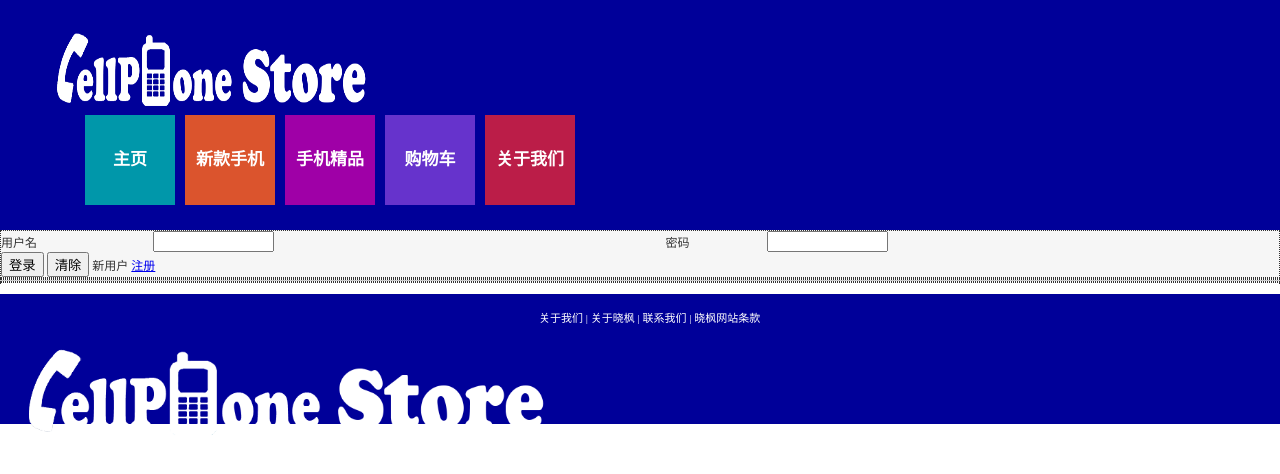
Repository: Jefsky/phonemarket
Page: http://localhost/phonemarket/user/index.jsp
An editor plug-in stored every save of this project. The page is shown before and after the next save, followed by the edit.
The browser window is 1280 px wide. The pictures show the whole page.
The page is served by Tomcat 9. Other server files are loaded and not shown. Queries for data that is not in the repository find no rows.

Above is the page before, as saved 2014-06-26 01:56:12.

### phonemarket/phonemarket/WebContent/user/index.jsp
<%@ page language="java" contentType="text/html; charset=UTF-8"
    pageEncoding="UTF-8"%>
    <%@ page import="cn.huateng.dao.impl.PhoneInfoDAOImpl,cn.huateng.bean.Phone,java.util.ArrayList,cn.huateng.bean.Company,cn.huateng.dao.impl.CompanyDAOImpl" %>
<!DOCTYPE html PUBLIC "-//W3C//DTD HTML 4.01 Transitional//EN" "http://www.w3.org/TR/html4/loose.dtd">
<html>
<head>
<meta http-equiv="Content-Type" content="text/html; charset=UTF-8">
<link rel="stylesheet" type="text/css" href="../css/main.css">
<title>化腾晓枫手机商城官网</title>
</head>
<body>
<%
	String op = request.getParameter("op");
	if("exit".equals(op)){
		session.removeAttribute("userid");
	}
	String error = request.getParameter("error");
	if(error!=null&&"queryUP_er".equals(error)){
%>
	<script type="text/javascript">
		alert("用户名或者密码错误");
	</script>
<%
	}
	if(error!=null&&"pwedit_error".equals(error)){
%>
	<script type="text/javascript">
		alert("用户密码修改失败");
	</script>
<%
	}
	if(error!=null&&"userInfoEdit_error".equals(error)){
%>
	<script type="text/javascript">
		alert("用户个人信息修改失败");
	</script>
<%
	}
%>

<div >
					<jsp:include page="top.jsp" />
					<jsp:include page="login.jsp"/>

</div>

		<table width="100%" border="0" cellpadding="0" cellspacing="0"
										class="td">
	<%
		PhoneInfoDAOImpl phoneInfoDAOImpl = new PhoneInfoDAOImpl();
		ArrayList<Phone> ls_ephone = phoneInfoDAOImpl.queryPhoneByType(1);
		if(ls_ephone!=null){
			for(int i=0; i<(ls_ephone.size()>4?4:ls_ephone.size()); ){
	%>
								<tr>
	<%
		int count = 2;
		while(count>0){
			if(i<ls_ephone.size()){
				Phone phone = ls_ephone.get(i);
				i++;
	%>
	<td width="50%">
	<table width="100%" border="0" cellpadding="0" cellspacing="0"
										class="td">
											<tr>
												<td  width="30%" rowspan="5">
													<a href="phonedetail.jsp?phoneid=<%=phone.getPhoneid()%>">
													<img src="../image/<%=phone.getPicture() %>" width="230"
													height="323" border="0"></a>
												</td>

												<td width="80"><div align="left">型号</div></td>
												<td ><%=phone.getPhonename() %></td>
											</tr>
											<tr>
												<td width="80"><div align="left">平台</div></td>
												<td ><%=phone.getPlatform() %></td>
											</tr>
											<tr>
												<td><div align="left">公司</div></td>
<%
	CompanyDAOImpl companyDAOImpl =new CompanyDAOImpl();
	Company company = companyDAOImpl.cQueryById(phone.getCompanyid());
	if(company!=null){
%>
												<td width="80"><%=company.getName() %></td>
<%
	}
%>
											</tr>
											<tr>
												<td width="80"><div align="left">屏幕</div></td>
												<td ><%=phone.getDisplay() %>英寸</td>
											</tr>
											<tr>
												<td width="80"><div align="left">定价</div></td>
												<td><%=phone.getPrice() %>元</td>
											</tr>
											<tr>
												<td colspan="2"><div align="center" float="right">
													<a href="/phonemarket/AddtoCartServlet?phoneid=<%=phone.getPhoneid()%>">放入购物车</a>&nbsp;&nbsp;
													<a href="phonedetail.jsp?phoneid=<%=phone.getPhoneid() %>">查看详情</a>
												</div></td>
											</tr>
										</table>
									</td>

<%
			}else{
%>
						<td width="50%"></td>
<%
			}
		count--;
		}
%>
				</tr>
<%
			}
		}
%>

		    				</table>
		    			</td>
		    			<td width="1" bgcolor="#999999"></td>
		    		</tr>
		    		<tr bgcolor="#999999"><td height="1" colspan="3" nowrap></td>
		    		</tr>
		    	</table>
		    	<table width="100%" border="0" cellspacing="0" cellpadding="0">
			    		<tr>
		    			<td height="1" nowrap bgcolor="#CCCCCC"></td>
		    		</tr>
		    	</table>
		    	<table width="100%" border="0" cellspacing="0" cellpadding="0">
		    		<tr bgcolor="#999999"></tr>
		    		<tr>
		    			<td width="0" nowrap bgcolor="#999999"></td>
		    			<td>
		    				<table width="100%" border="0" cellspacing="0" cellpadding="0" class="td">

	<%
		PhoneInfoDAOImpl phoneInfoDAOImpl2 = new PhoneInfoDAOImpl();
		ArrayList<Phone> ls_ephone2 = phoneInfoDAOImpl2.queryPhoneByType(2);
		if(ls_ephone!=null){
			for(int i=0; i<(ls_ephone2.size()>4?4:ls_ephone2.size()); ){
	%>
								<tr>
	<%
		int count = 2;
		while(count>0){
			if(i<ls_ephone2.size()){
				Phone phone2 = ls_ephone2.get(i);
				i++;
	%>

									<td width="50%">
										<table width="100%" border="0" cellpadding="0" cellspacing="0"
										class="td">
											<tr>
												<td width="30%" rowspan="5">
													<a href="phonedetail.jsp?phoneid=<%=phone2.getPhoneid()%>">
													<img src="../image/<%=phone2.getPicture() %>" width="230"
													height="323" border="0"></a>
												</td>
												<td width="25%"><div align="left">型号</div></td>
												<td><%=phone2.getPhonename() %></td>
											</tr>
											<tr>
												<td width="25%"><div align="left">平台</div></td>
												<td><%=phone2.getPlatform() %></td>
											</tr>
											<tr>
												<td width="25%"><div align="left">公司</div></td>
<%
	CompanyDAOImpl companyDAOImpl2 =new CompanyDAOImpl();
	Company company2 = companyDAOImpl2.cQueryById(phone2.getCompanyid());
	if(company2!=null){
%>
												<td><%=company2.getName() %></td>
<%
	}
%>
											</tr>
											<tr>
												<td width="25%"><div align="left">屏幕</div></td>
												<td><%=phone2.getDisplay() %>英寸</td>
											</tr>
											<tr>
												<td width="25%"><div align="left">定价</div></td>
												<td><%=phone2.getPrice() %>元</td>
											</tr>
											<tr>
												<td colspan="2"><div align="center">
													<a href="/phonemarket/AddtoCartServlet?phoneid=<%=phone2.getPhoneid()%>">放入购物车</a>&nbsp;&nbsp;
													<a href="phonedetail.jsp?phoneid=<%=phone2.getPhoneid() %>">查看详情</a>
												</div></td>
											</tr>
										</table>
									</td>

<%
			}else{
%>
						<td width="50%"></td>
<%
			}
		count--;
		}
%>
				</tr>
<%
			}
		}
%>

		    				</table>





<div>
					<jsp:include page="bottom.jsp" />
</div>
</body>
</html>

### phonemarket/phonemarket/WebContent/user/top.jsp
<%@ page language="java" contentType="text/html; charset=UTF-8"
    pageEncoding="UTF-8"%>
<!DOCTYPE html PUBLIC "-//W3C//DTD HTML 4.01 Transitional//EN" "http://www.w3.org/TR/html4/loose.dtd">
<html>
<head>
<meta http-equiv="Content-Type" content="text/html; charset=UTF-8">
<title>Cellphone Store</title>
<link rel="stylesheet" type="text/css" href="../css/top.css"/>
</head>
<body>
<div class = "navigation">
	<div id="logo">
		<span><img src="../image/logo.png" width="350" height="85"></span>
	</div>
	<ul id="color">
		<li class = "color1"><a href = "index.jsp">主页</a></li>
		<li><a>新款手机</a></li>
		<li class = "color2"><a href = "../admin/index.jsp">手机精品</a></li>
		<li class = "color3"><a href = "shoppingcart.jsp">购物车</a></li>
		<li class = "color4"><a href = "#">关于我们</a></li>
	</ul>


</div>

</body>
</html>

### phonemarket/phonemarket/WebContent/user/login.jsp
<%@ page contentType="text/html; charset=utf-8" language="java" import="java.sql.*" errorPage="" %>
<!DOCTYPE html PUBLIC "-//W3C//DTD XHTML 1.0 Transitional//EN" "http://www.w3.org/TR/xhtml1/DTD/xhtml1-transitional.dtd">
<html xmlns="http://www.w3.org/1999/xhtml">
<head>
<meta http-equiv="Content-Type" content="text/html; charset=utf-8" />
<title>login</title>
<SCRIPT LANGUAGE="javascript">
<!--
	function CheckSubmit(thisform){ //focus()方法，将光标定位于输出栏目
		with(thisform){
			if(userid.value==null || userid.value=="" ){
				alert("请输入用户名!");
				userid.focus();
				return false;
			}else if(userid.value.indexOf("'")!=-1){
				alert("用户名不能包含单引号,空格等字符!");
				userid.focus();
				return false;
			}
			if(password.value==null || password.value=="" ){
				alert("请输入密码!");
				password.focus();
				return false;
			}
		}
		return true;
	}
//-->
</SCRIPT>
</head>

<body>
<%
	String s_userid=(String)session.getAttribute("userid");
	if(s_userid==null){
%>
<form name="loginform" action="/phonemarket/QueryByIdPwServlet" method="post" onsubmit="return CheckSubmit(this)">
	<table width="100%" border="0" cellpadding="0" cellspacing="0" bgcolor="#f6f6f6" class="td">
		<tr>
			<td>用户名</td>
			<td><input name="userid" type="text" class="formtext" size="12"></td>
			<td >密码</td>
			<td ><input name="password" type="password" class="formtext" size="12"></td>
		</tr>
		<tr>
			<td colspan="4">
			 <input name="loginbutton" type="submit" value="登录">
			 <input type="reset" value="清除">
			 	新用户&nbsp;<a href="register.jsp">注册</a>
			</td>
		</tr>
	</table>
</form>
<%
	}else{
%>
	<table width="100%" border="0" cellpadding="0" bgcolor="#f6f6f6" class="td">
		<tr>
			<td width="30" colspan="4">&nbsp&nbsp&nbsp您好！<%=s_userid %>
			欢迎来到化腾晓枫手机商城</td>
		</tr>
		<tr>
			<td><a href="passwordedit.jsp">&nbsp&nbsp&nbsp修改登陆密码</a></td>
			<td><a href="userinfoedit.jsp">维护个人信息</a></td>
			<td><a href="myorder.jsp">查看历史订单</a></td>
			<td><a href="shoppingcart.jsp">查看购书车</a></td>
			<td><a href="index.jsp?op=exit">注销退出</a></td>
	</table>
<%
	}
%>
</body>
</html>

### phonemarket/phonemarket/WebContent/user/bottom.jsp
<%@ page language="java" contentType="text/html; charset=GB18030"
    pageEncoding="GB18030"%>
<!DOCTYPE html PUBLIC "-//W3C//DTD HTML 4.01 Transitional//EN" "http://www.w3.org/TR/html4/loose.dtd">
<html>
<head>
<link rel="stylesheet" type="text/css" href="../css/bottom.css">
<meta http-equiv="Content-Type" content="text/html; charset=ISO-8859-1">
<title>bottom</title>
</head>
<body>
<div class="foot">

 <p>&nbsp&nbsp&nbsp&nbsp&nbsp&nbsp 关于我们 | 关于晓枫 | 联系我们 | 晓枫网站条款</p>
<div id="logo">
		<span><img src="../image/logo.png" width="584" height="100px"></span>
	</div>
</div>
</body>
</html>

### phonemarket/phonemarket/src/cn/huateng/dao/impl/PhoneInfoDAOImpl.java
package cn.huateng.dao.impl;

	import java.sql.Connection;
import java.sql.PreparedStatement;
import java.sql.ResultSet;
import java.sql.SQLException;
import java.util.ArrayList;



import cn.huateng.bean.Phone;
import cn.huateng.dbc.DBConnection;

	public class PhoneInfoDAOImpl {
		public int insertPhone(Phone phone){
			int line=0;
			Connection conn=null;
			PreparedStatement ppsm=null;
			DBConnection dbconn=new DBConnection();
			if(dbconn!=null){
				conn=dbconn.getConn();
				if(conn!=null){
					String sql="insert into phone(phoneid,phonename,platform,weight,display,camera,ram,massmenory,companyid,price,quantity,picture,type) values(?,?,?,?,?,?,?,?,?,?,?,?,?)";
					try{
						ppsm =conn.prepareStatement(sql);
						ppsm.setString(1,phone.getPhoneid());
						ppsm.setString(2,phone.getPhonename());
						ppsm.setString(3,phone.getPlatform());
						ppsm.setString(4,phone.getWeight());
						ppsm.setString(5,phone.getDisplay());
						ppsm.setString(6,phone.getCamera());
						ppsm.setString(7,phone.getRam());
						ppsm.setString(8,phone.getMassmenory());
						ppsm.setInt(9,phone.getCompanyid());
						ppsm.setFloat(10,phone.getPrice());
						ppsm.setInt(11,phone.getQuantity());
						ppsm.setString(12,phone.getPicture());
						ppsm.setInt(13,phone.getType());
						line= ppsm.executeUpdate();
						}catch(SQLException e){
						e.printStackTrace();
						}finally{
							try {
								if(ppsm!=null){
										ppsm.close();
									}
								conn.close();}
							catch (SQLException e) {
								// TODO Auto-generated catch block
								e.printStackTrace();
							}
						}

				}
			}
			return line;
		}
		public ArrayList<Phone> queryPhone(){
			ArrayList<Phone> phoneList=new ArrayList<Phone>();
			Connection conn=null;
			Phone phone;
			PreparedStatement ppsm=null;
			ResultSet rs = null;
			DBConnection dbconn=new DBConnection();
				if(dbconn!=null){
					conn=dbconn.getConn();
				//쌈淪쏵契꿴璂꾸鱗ResultSet
					if(conn!=null){
						String sql="select * from phone";
						try {
							ppsm=conn.prepareStatement(sql);
							rs=ppsm.executeQuery();
							//離빈겉꿴璂써벎섞瘻뻣槨ArrayList<UserInfo>잚謹럿쀼.
							while (rs.next()){
								phone =new Phone();
								phone.setPhoneid(rs.getString(1));
								phone.setPhonename(rs.getString(2));
								phone.setPlatform(rs.getString(3));
								phone.setWeight(rs.getString(4));
								phone.setDisplay(rs.getString(5));
								phone.setCamera(rs.getString(6));
								phone.setRam(rs.getString(7));
								phone.setMassmenory(rs.getString(8));
								phone.setCompanyid(rs.getInt(9));
								phone.setPrice(rs.getFloat(10));
								phone.setQuantity(rs.getInt(11));
								phone.setPicture(rs.getString(12));
								phone.setType(rs.getInt(13));
								phoneList.add(phone);
							}

						}catch (SQLException e) {
							// TODO Auto-generated catch block
							e.printStackTrace();
						}finally{
							if(rs!=null){
								try {
									rs.close();
									if(ppsm!=null){
									ppsm.close();
									}
									if(conn!=null){
										conn.close();
									}
								} catch (SQLException e) {
									// TODO Auto-generated catch block
									e.printStackTrace();
								}
							}

						}
				}
			}
			return phoneList;
		}
		public int pDeleteById(String phoneid){
			int line = 0;
			Connection conn=null;
			PreparedStatement ppsm=null;
			DBConnection dbconn=new DBConnection();
			if(dbconn!=null){
				conn=dbconn.getConn();
				if(conn!=null){
					String sql="delete from phone where phoneid=?";
					try {
						ppsm =conn.prepareStatement(sql);
						ppsm.setString(1,phoneid);
						line=ppsm.executeUpdate();
					} catch (SQLException e) {
						// TODO Auto-generated catch block
						e.printStackTrace();
					}finally{
						try {
						if(ppsm!=null){
								ppsm.close();
							}
							conn.close();}
						catch (SQLException e) {
								// TODO Auto-generated catch block
								e.printStackTrace();
							}
						}
				}
			}
			return line;
		}
		//錦맣꾸鱗，邱쏵契寧늴꿴璂꾸鱗bQueryById()，
		//UpdatePhoneServlet錦맣꾸鱗，딧痰UpdatePhone()
		public Phone pQueryById(String phoneid){
			Phone phone = new Phone();
			Connection conn=null;
			PreparedStatement ppsm=null;
			ResultSet rs = null;
			DBConnection dbconn=new DBConnection();
				if(dbconn!=null){
					conn=dbconn.getConn();
					if(conn!=null){
						String sql="select * from phone where phoneid =?";
						try {
							ppsm=conn.prepareStatement(sql);
							ppsm.setString(1,phoneid);
							rs=ppsm.executeQuery();
							if (rs.next()){
								phone.setPhoneid(rs.getString(1));
								phone.setPhonename(rs.getString(2));
								phone.setPlatform(rs.getString(3));
								phone.setWeight(rs.getString(4));
								phone.setDisplay(rs.getString(5));
								phone.setCamera(rs.getString(6));
								phone.setRam(rs.getString(7));
								phone.setMassmenory(rs.getString(8));
								phone.setCompanyid(rs.getInt(9));
								phone.setPrice(rs.getFloat(10));
								phone.setQuantity(rs.getInt(11));
								phone.setPicture(rs.getString(12));
								phone.setType(rs.getInt(13));
							}

						}catch (SQLException e) {
							// TODO Auto-generated catch block
							e.printStackTrace();
						}finally{
							if(rs!=null){
								try {
									rs.close();
									if(ppsm!=null){
									ppsm.close();
									}
									if(conn!=null){
										conn.close();
									}
								} catch (SQLException e) {
									// TODO Auto-generated catch block
									e.printStackTrace();
								}
							}

						}
				}
			}
			return phone;
		}
		//횔빈疼契瘻돕錦맣女충updatePhone.jsp[송목、鑒좆、깃羚、닸렴뒈렘된斤口]
		public int updatePhone(Phone phone){
			int line=0;
			Connection conn=null;
			PreparedStatement ppsm=null;
			DBConnection dbconn=new DBConnection();
			if(dbconn!=null){
				conn=dbconn.getConn();
				if(conn!=null){
					String sql="update phone set price = ?,quantity = ? where phoneid = ?";
					try {
						ppsm =conn.prepareStatement(sql);
						ppsm.setFloat(1, phone.getPrice());
						ppsm.setInt(2, phone.getQuantity());
						ppsm.setString(3,phone.getPhoneid());
						line=ppsm.executeUpdate();
					} catch (SQLException e) {
						// TODO Auto-generated catch block
						e.printStackTrace();
					}finally{
						try {
						if(ppsm!=null){
								ppsm.close();
							}
							conn.close();}
						catch (SQLException e) {
								// TODO Auto-generated catch block
								e.printStackTrace();
							}
						}
				}
			}
			return line;
		}
		public ArrayList<Phone> queryPhoneByType(int type){
			ArrayList<Phone> phoneList=new ArrayList<Phone>();
			Connection conn=null;
			Phone phone;
			PreparedStatement ppsm=null;
			ResultSet rs = null;
			DBConnection dbconn=new DBConnection();
				if(dbconn!=null){
					conn=dbconn.getConn();
					if(conn!=null){
						String sql="select * from phone where type=?";
						try {
							ppsm=conn.prepareStatement(sql);
							ppsm.setInt(1,type);
							rs=ppsm.executeQuery();
							while (rs.next()){
								phone =new Phone();
								phone.setPhoneid(rs.getString(1));
								phone.setPhonename(rs.getString(2));
								phone.setPlatform(rs.getString(3));
								phone.setWeight(rs.getString(4));
								phone.setDisplay(rs.getString(5));
								phone.setCamera(rs.getString(6));
								phone.setRam(rs.getString(7));
								phone.setMassmenory(rs.getString(8));
								phone.setCompanyid(rs.getInt(9));
								phone.setPrice(rs.getFloat(10));
								phone.setQuantity(rs.getInt(11));
								phone.setPicture(rs.getString(12));
								phone.setType(rs.getInt(13));
								phoneList.add(phone);
							}

						}catch (SQLException e) {
							// TODO Auto-generated catch block
							e.printStackTrace();
						}finally{
							if(rs!=null){
								try {
									rs.close();
									if(ppsm!=null){
									ppsm.close();
									}
									if(conn!=null){
										conn.close();
									}
								} catch (SQLException e) {
									// TODO Auto-generated catch block
									e.printStackTrace();
								}
							}

						}
				}
			}
			return phoneList;
		}
		public int UpdatePhoneQuantity(String phoneid, int updatenum){
			int line = 0;
			Phone phone=pQueryById(phoneid);
			int phonenum = phone.getQuantity()+updatenum;
			if(phonenum>=0){
				phone.setQuantity(phonenum);
				line = updatePhone(phone);
			}
			return line;
		}
	}

### phonemarket/phonemarket/src/cn/huateng/dbc/DBConnection.java
package cn.huateng.dbc;

import java.sql.Connection;
import java.sql.DriverManager;
import java.sql.SQLException;

public class DBConnection {
	private Connection conn;
	private static final String DBDRIVER ="com.microsoft.sqlserver.jdbc.SQLServerDriver";
	private static final String DBURL = "jdbc:sqlserver://127.0.0.1:1433;databaseName=phonemarket";
	private static final String DBUSER="sa";
	private static final String DBPW="123456";
	public DBConnection(){
		try {
			Class.forName(DBDRIVER);
		} catch (ClassNotFoundException e1) {
			// TODO Auto-generated catch block
			e1.printStackTrace();
		}
		try {
			conn=(DriverManager.getConnection(DBURL,DBUSER,DBPW));
		} catch (SQLException e) {
			// TODO Auto-generated catch block
			e.printStackTrace();
		}

	}
	public Connection getConn() {
		return conn;
	}

}

### phonemarket/phonemarket/WebContent/css/main.css
@charset "utf-8";
/* CSS Document */

.td{
	border: 1px dotted;
	font-family: "宋体";
	font-size: 12px;
	color: #333333;
	text-decoration: none;
}

### phonemarket/phonemarket/WebContent/css/top.css
body{
	margin : 0px;
	padding : 0;
}

/* ====== Navigation Main ====== */
div.navigation{
	font-family:"微软雅黑 Light", cursive;
	background-color:#009;
	padding-top : 30px;
	padding-bottom : 30px;
	height:170px;
	font-weight: bolder;
}

/* ====== Navigation Menu ====== */
div.navigation>ul{
	margin : 0px;

}

div.navigation>ul>li{
	list-style : none;
	display : inline-block;
	height : 90px;
	width : 90px;
	background-color : #DB542D;
	text-align : center;
	line-height : 90px;
	margin-top : 2px;
	margin-bottom : 2px;
}

div.navigation ul li a{
	cursor : pointer;
}

div.navigation>ul>li>a{
	position : relative;
	display : block;
	color:#FFF;
	font-size : 17px;
	text-decoration : none;
}



/* ====== Color class ======*/
div.navigation .color1{
	background-color : #0097aa;
}

div.navigation .color2{
	background-color : #9f00a7;
}

div.navigation .color3{
	background-color: #63C;
}

div.navigation .color4{
	background-color : #bb1d48;
}

/* ====== title span ====== */

div.navigation span{
	position : relative;
	font-family : 'Open Sans';
	font-weight : 300;
	font-size : 16px;
	margin-left : 40px;
	font-size : 28px;
	color : white;
}



#color{ margin-left:40px;}
#color li{  float:left; margin:0 5px;}
div.navigation ul li a:hover{ background-color: #CCC; color:#00C;}
#logo{ width:100%;}

### phonemarket/phonemarket/WebContent/css/bottom.css
@charset "utf-8";
/* CSS Document */

body{
	margin : 0px;
	padding : 0;
}

.foot{ width:100%; margin-top:10px; background-color:#009; height:130px;}
p{text-align:center; color: #FFF;  font-size:11px;padding:15px 0px 10px 0px;}
#logo{
	display:block;
	float:left;

	}

After the next save:
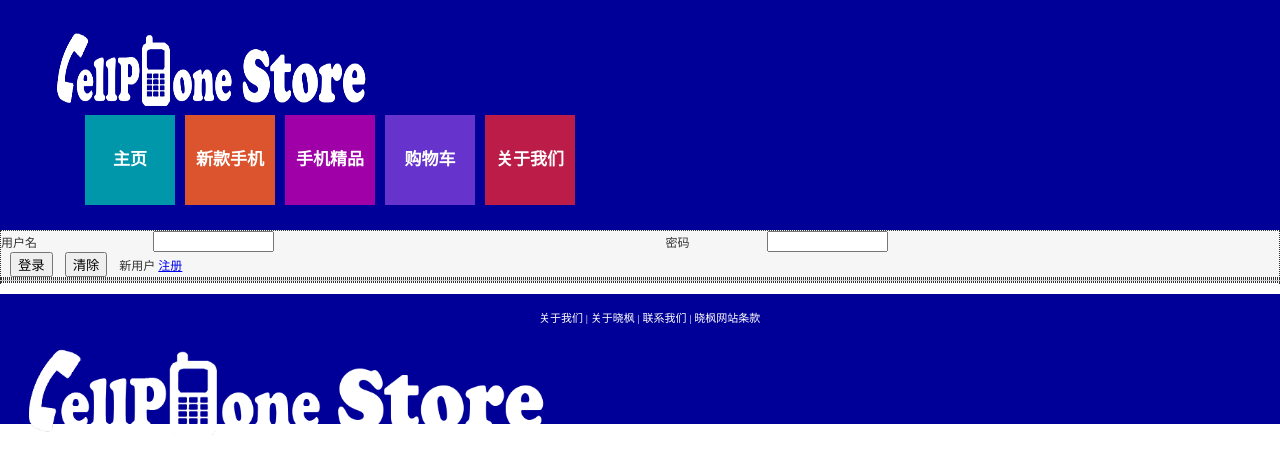
Saved 32 s later.
--- a/phonemarket/phonemarket/WebContent/user/login.jsp
+++ b/phonemarket/phonemarket/WebContent/user/login.jsp
@@ -44,9 +44,9 @@
 		</tr>
 		<tr>
 			<td colspan="4">
-			 <input name="loginbutton" type="submit" value="登录">
-			 <input type="reset" value="清除">
-			 	新用户&nbsp;<a href="register.jsp">注册</a>
+			 &nbsp&nbsp&nbsp<input name="loginbutton" type="submit" value="登录">
+			 &nbsp&nbsp&nbsp<input type="reset" value="清除">
+			 	&nbsp&nbsp&nbsp新用户&nbsp;<a href="register.jsp">注册</a>
 			</td>
 		</tr>
 	</table>
